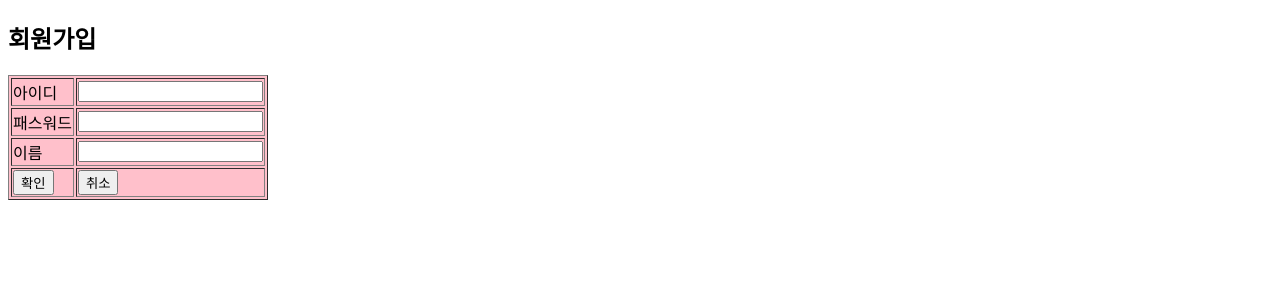
Repository: SongHyeSun/JSP
Page: http://localhost/och11/sessionMember/loginForm.jsp
An editor plug-in stored every save of this project. The page is shown before and after the next save, followed by the edit.
The browser window is 1280 px wide. The pictures show the whole page.
The page is served by Tomcat 9.

Above is the page before, as saved 2024-07-19 01:40:42.

After the next save:
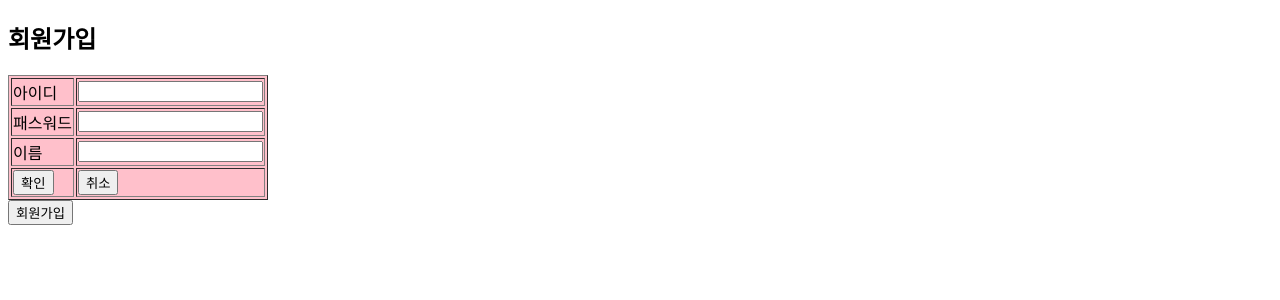
Saved 80 s later.
--- a/jspSrc17/och11/src/main/webapp/sessionMember/loginForm.jsp
+++ b/jspSrc17/och11/src/main/webapp/sessionMember/loginForm.jsp
@@ -24,5 +24,6 @@
 				<td><input type="reset" value="취소"></td></tr>
 		</table>
 	</form>
+	<input type="button" value="회원가입" onclick="location.href='../session/person.jsp'">
 </body>
 </html>
